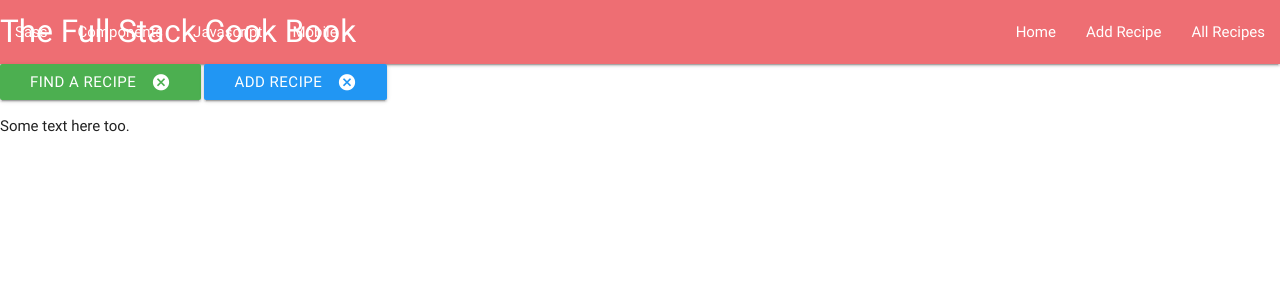
Repository: nakitamccool/francisillingworth-milestone-project-3
Page: http://localhost/
The author's editor kept a record of every edit. The page is drawn from the files as they stood at one moment, then again after the next edit.
The browser window is 1280 px wide. The pictures show the whole page.
The page is served by the project's application, run on Flask 3 (app.py).

Above is the page before.

After the next edit:
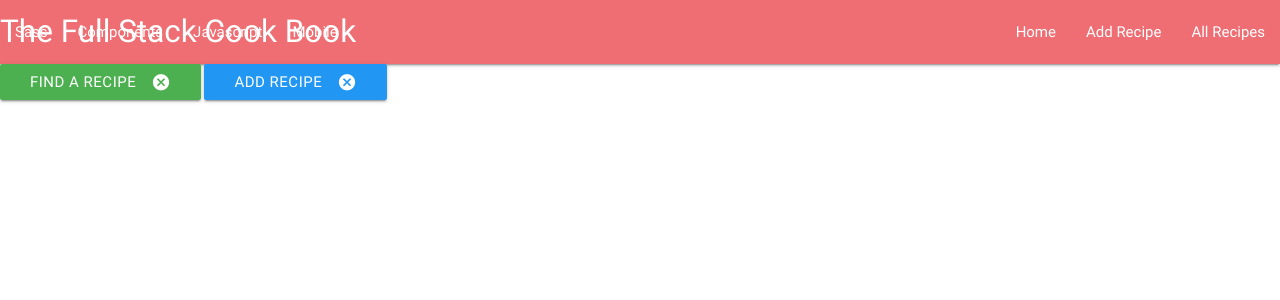
The edit:
--- a/templates/index.html
+++ b/templates/index.html
@@ -11,9 +11,7 @@
     <a href="{{ url_for('add_recipe') }}" class="waves-effect waves-light btn blue">
                 <i class="material-icons right">cancel</i>Add Recipe
             </a>
-    <p>Some text here too.</p>
-  </div>
-</div>
+
 
 
 
